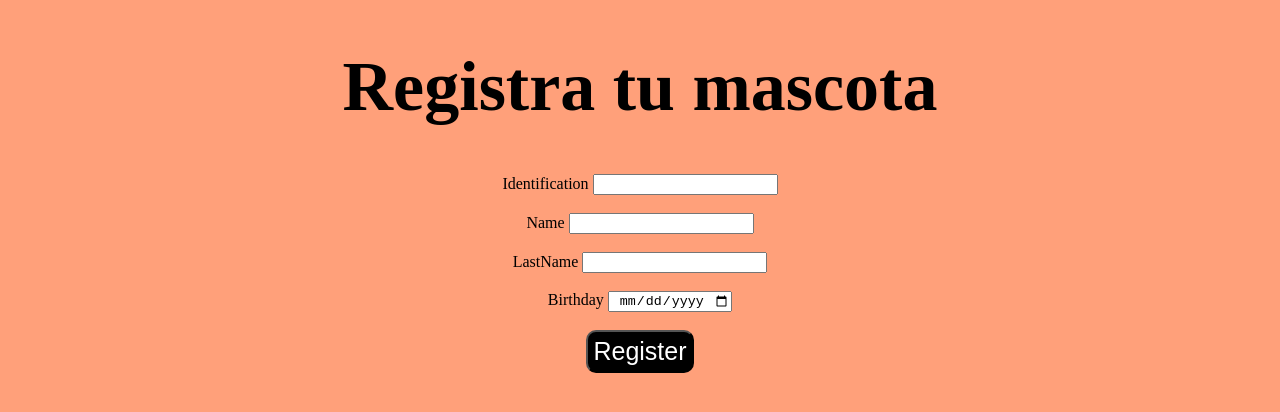
Repository: wil2022/grupo6
Page: templates/registar.html
The author's editor kept a record of every edit. The page is drawn from the files as they stood at one moment, then again after the next edit.
The browser window is 1280 px wide. The pictures show the whole page.

Above is the page before.

### templates/registar.html
<!DOCTYPE html>
<html>
    <head>
        <meta http-equiv="content-type" content="text/html; charset=utf-8" />
        <title>Web Page</title>
        <link rel="stylesheet" href="../static/css/styleregister.css" type="text/css" />
        <script src="../static/js/appregister.js" type="text/javascript" charset="utf-8"></script>
    </head>
    <body>
        <h1>Registra tu mascota </h1>
        <form>
            <label >Identification</label> <input type="number"/><br> <br>
            <label >Name</label> <input type="text"/><br> <br>
            <label >LastName</label> <input type="text"/><br> <br>
            <label >Birthday</label> <input type="date"/><br> <br>
            <button onClick="registerUser()">Register</button>
            <form>
    </body>
</html>

### static/css/styleregister.css
button{
    font-size: 25px;
    background-color: black;
    color: white;
    border-radius: 10px;
    padding: 5px;
    margin-left: 1%;
    margin-right: 1%;
    }
h1{
    text-align: center;
    font-size: 70px;
}
body{
    background-color: LightSalmon;
}
form{
    text-align-last: center
}

### static/js/appregister.js
function registerUser(){
    alert("Boton registar mascota clikeado")
}
function consultUser(){
    alert("Boton consultar mascota clickeado")
}

After the next edit:
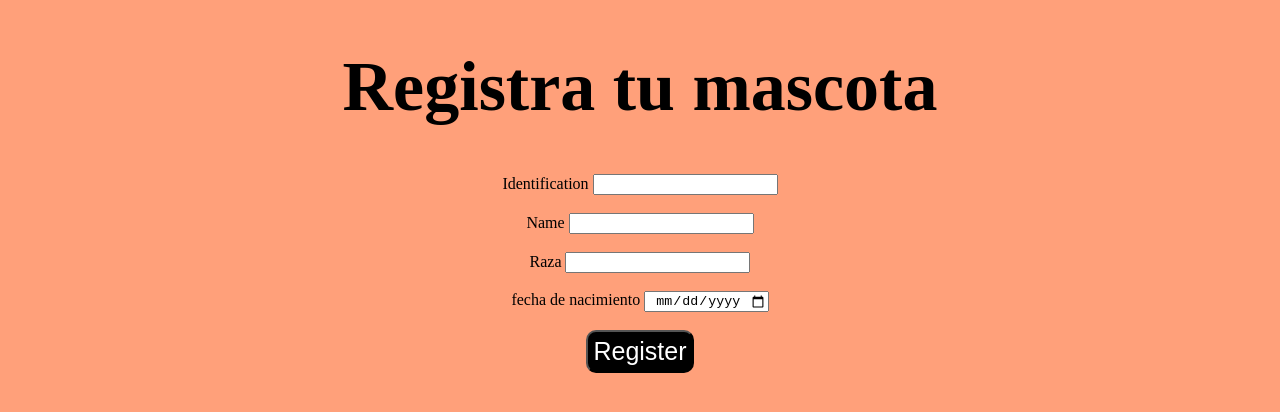
The edit:
--- a/templates/registar.html
+++ b/templates/registar.html
@@ -11,8 +11,8 @@
         <form>
             <label >Identification</label> <input type="number"/><br> <br>
             <label >Name</label> <input type="text"/><br> <br>
-            <label >LastName</label> <input type="text"/><br> <br>
-            <label >Birthday</label> <input type="date"/><br> <br>
+            <label >Raza</label> <input type="text"/><br> <br>
+            <label >fecha de nacimiento</label> <input type="date"/><br> <br>
             <button onClick="registerUser()">Register</button>
             <form>
     </body>
